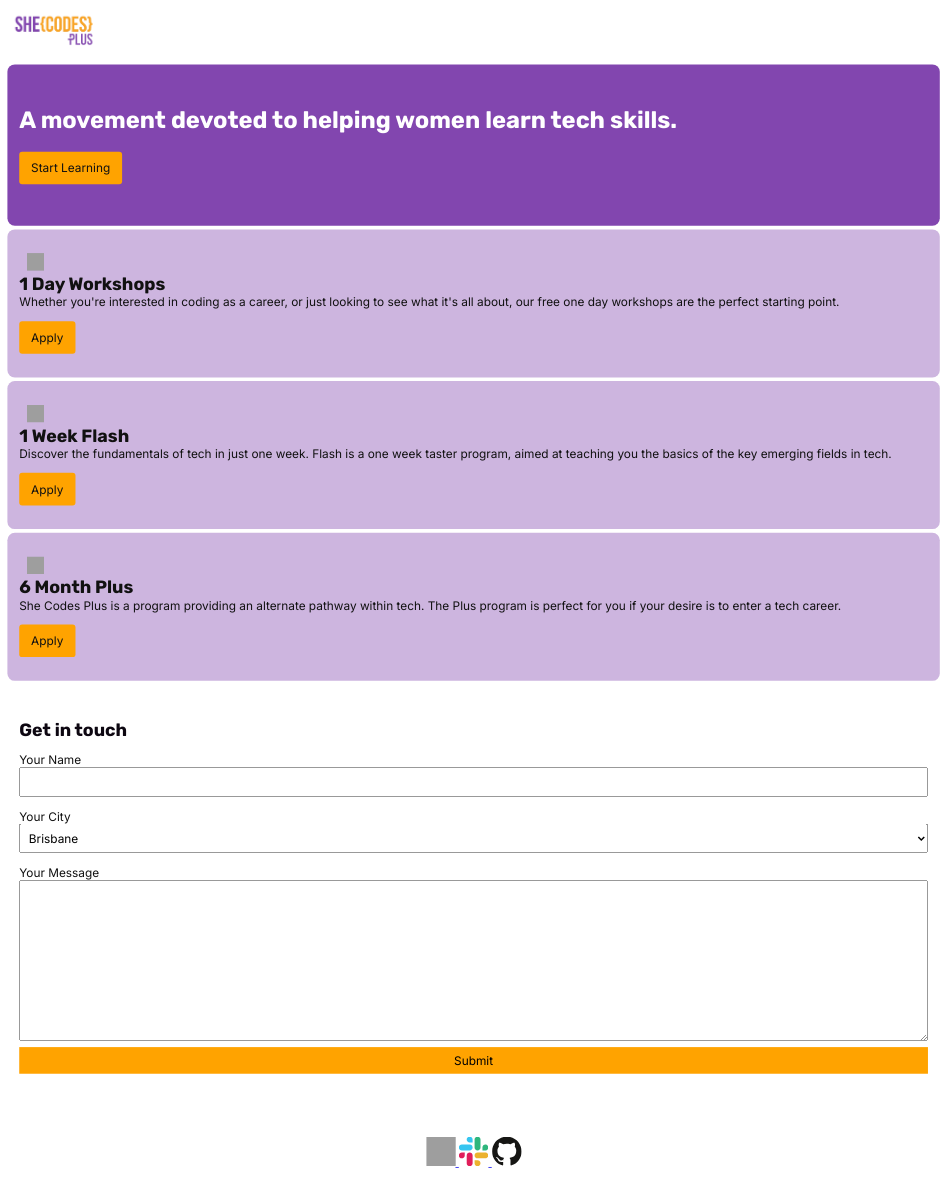
Repository: devashrisamani/website_shecodes_week1
Page: index.html
The author's editor kept a copy of each file at every save. The page is drawn from the files as they stood at one save, then again after the next save.
The browser window is 1280 px wide. The pictures show the whole page, at 74% of full size.
Pictures or frames that could not be fetched are drawn as grey boxes.

Above is the page before, as saved 2025-09-20 10:54:36.

After the next save:
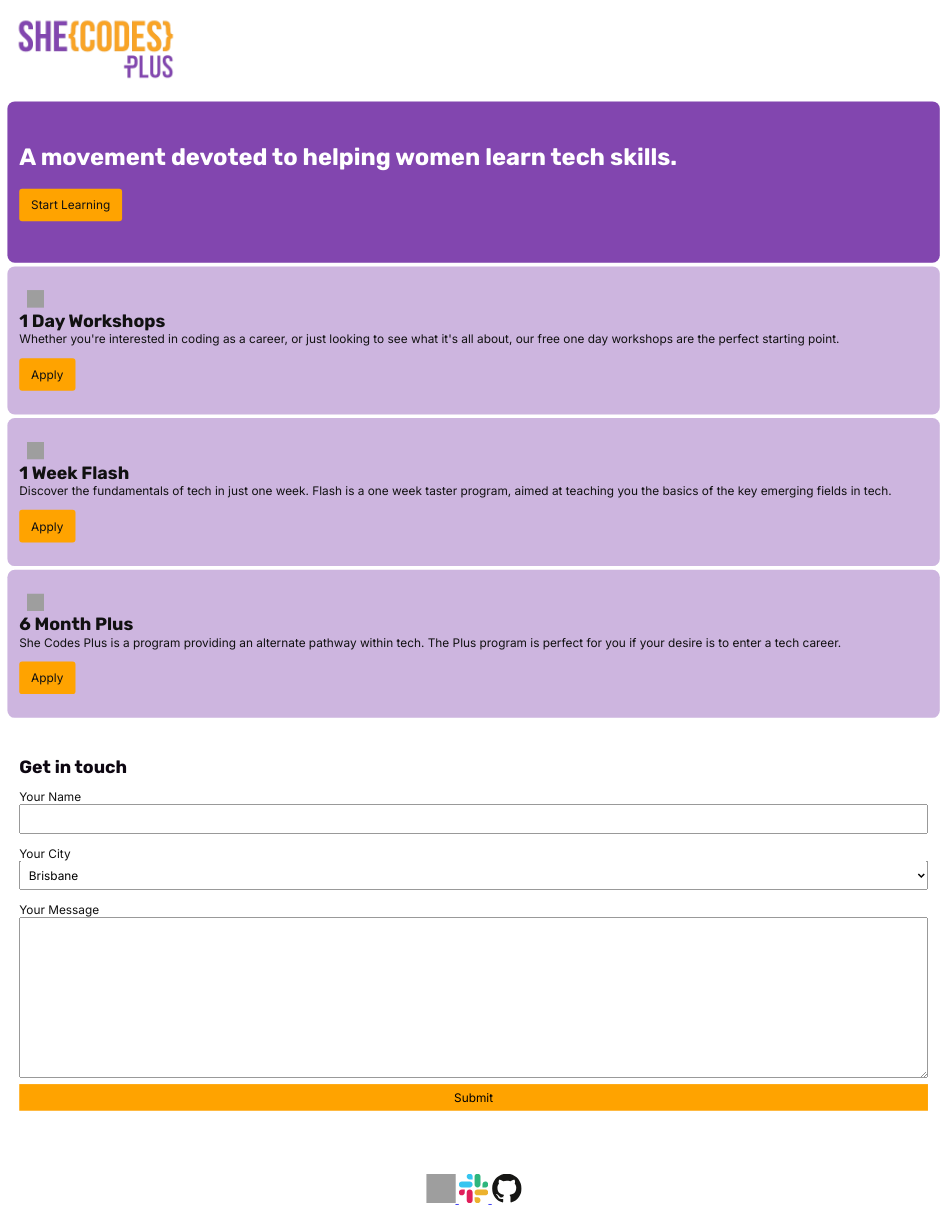
Saved 2 min 48 s later.
--- a/style.css
+++ b/style.css
@@ -130,6 +130,12 @@
   height: 50px;
 }
 
+@media (min-width: 768px) {
+  .logo {
+    height: 100px;
+  }
+}
+
 /* .mobile-nav */
 .mobile-nav a {
   text-decoration: none;
